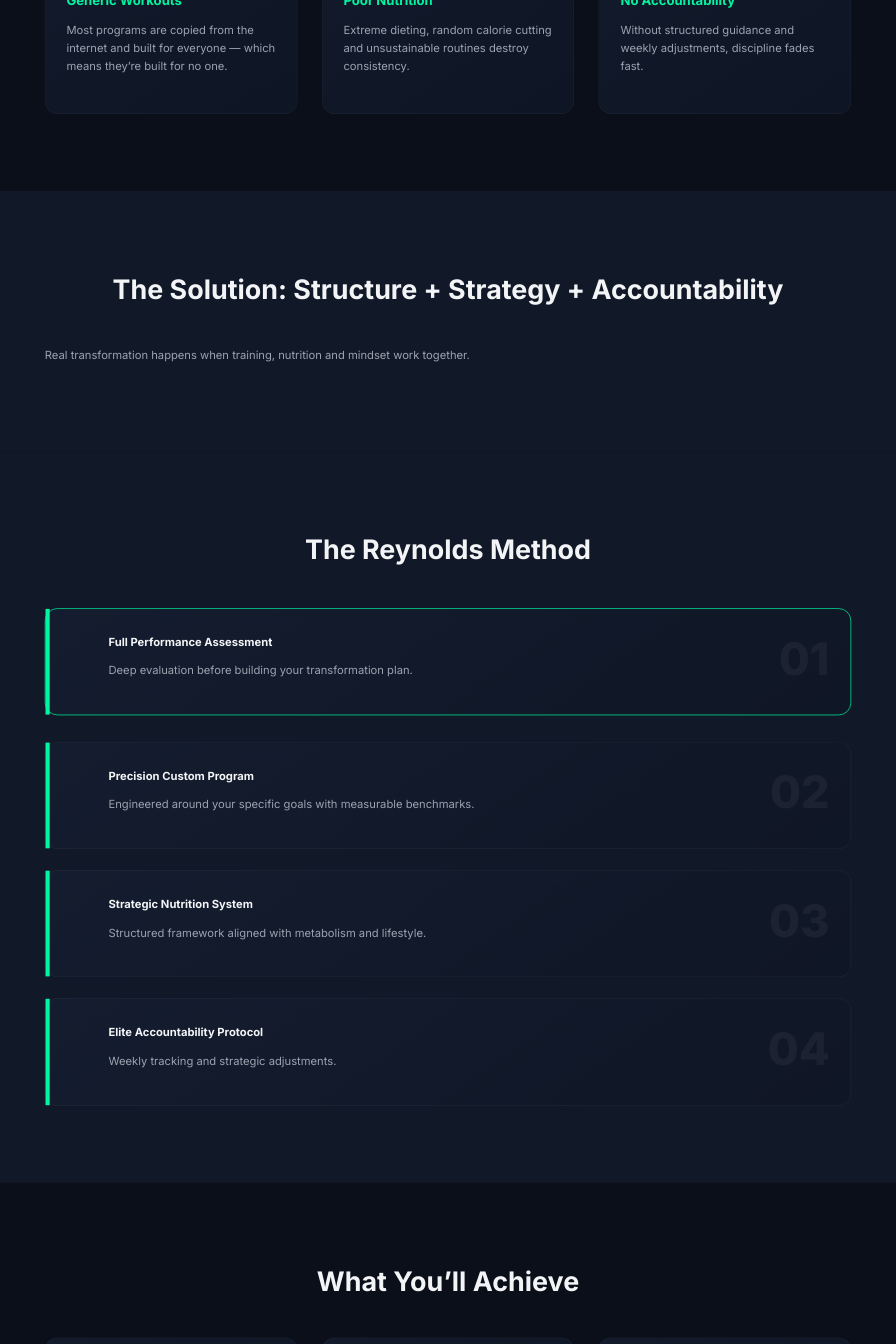
Repository: davidfsillva/Landing-page-pro
Page: index.html
The author's editor kept a copy of each file at every save. The page is drawn from the files as they stood at one save, then again after the next save.
The browser window is 1280 px wide. The pictures show the part of the page from y = 1547 to 3467 px (the page is 6433 px tall), at 70% of full size.
The pointer rests on the first visible `.method-item`.
A picture or video elsewhere on the page could not be fetched, so the positions and the page height are approximate.

Above is the page before, as saved 2026-02-26 17:33:16.

After the next save:
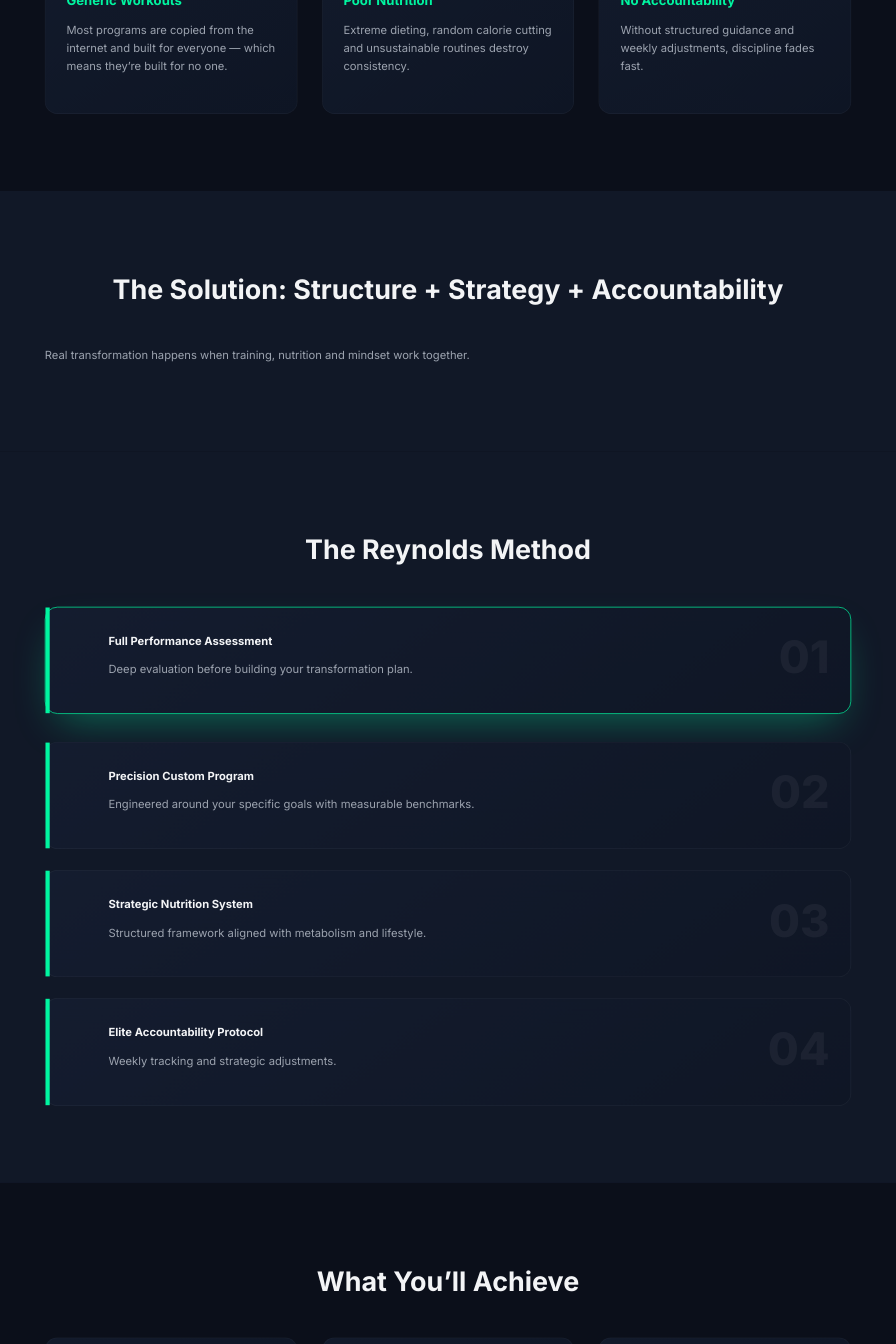
Saved 32 s later.
--- a/style.css
+++ b/style.css
@@ -271,8 +271,9 @@ a {
 }
 
 .method-item:hover {
-    transform: translateY(-8px);
+    transform: translateY(-10px);
     border-color: var(--accent);
+    box-shadow: 0 25px 60px -20px rgba(0,245,160,0.4);
 }
 
 .method-item strong {
